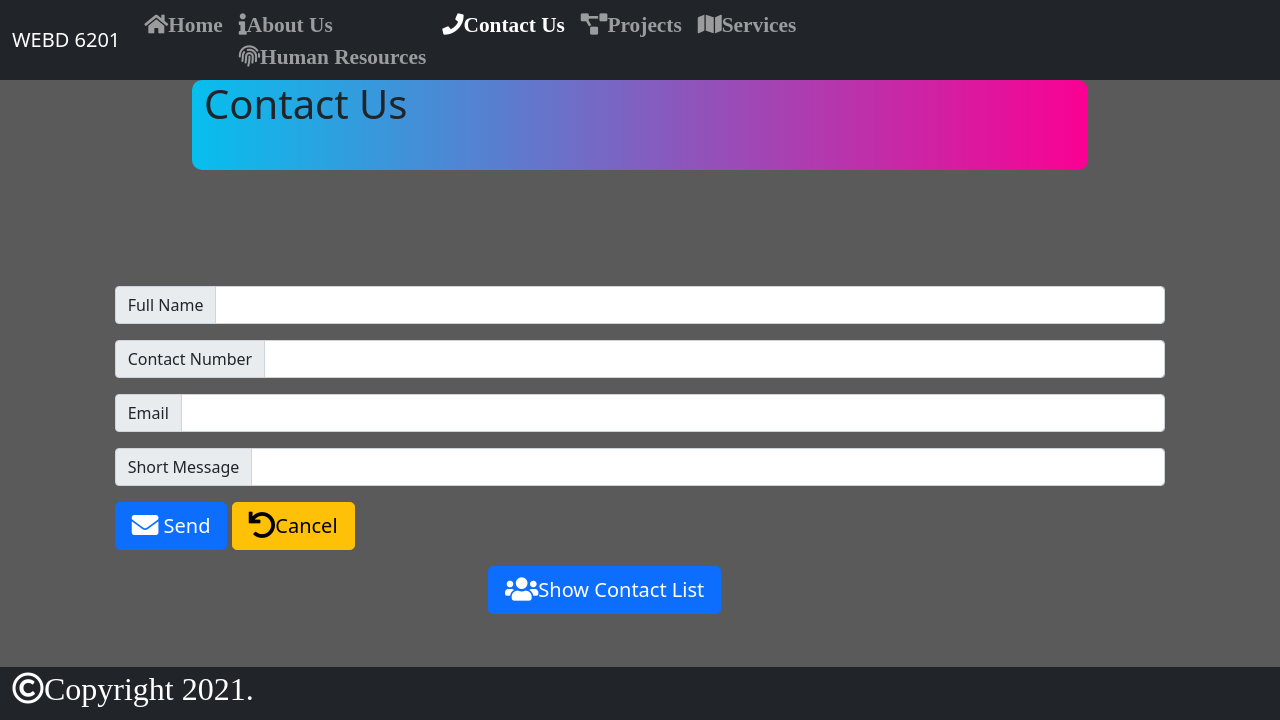
Repository: vans12345678/WEBD6201-W2021-Lab1
Page: contact.html
An editor plug-in stored every save of this project. The page is shown before and after the next save, followed by the edit.
The browser window is 1280 px wide. The pictures show the whole page.

Above is the page before, as saved 2021-02-02 20:22:50.

After the next save:
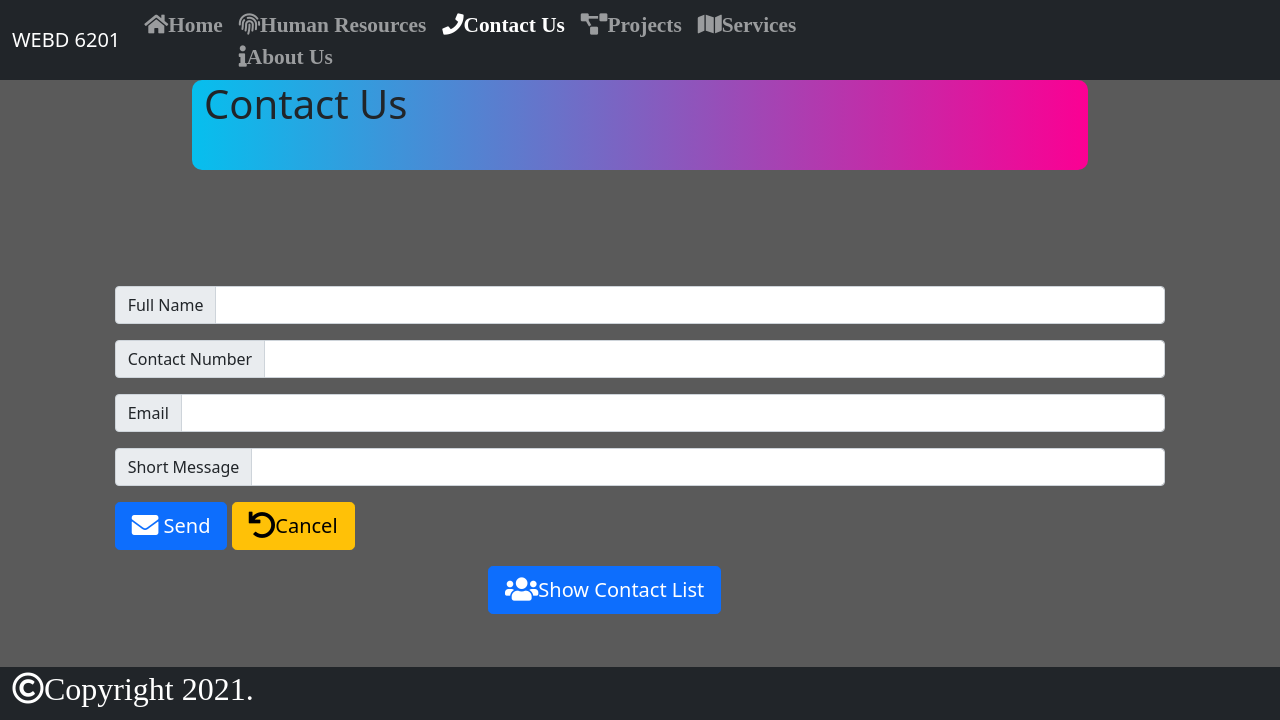
Saved 9 s later.
--- a/Scripts/app.js
+++ b/Scripts/app.js
@@ -27,7 +27,7 @@
         `;
 
         //insertion after node
-        newParagraph.after(paragraphDiv);
+        newParagraph.before(paragraphDiv);
         // navTextElement = document.getElementById("navHumanResources").innerHTML = `
         //     <a  class="nav-link fas fa-fingerprint fa-lg" aria-current="page" href="human-resources.html">Human Resources</a>
         //     `;

After the save that followed:
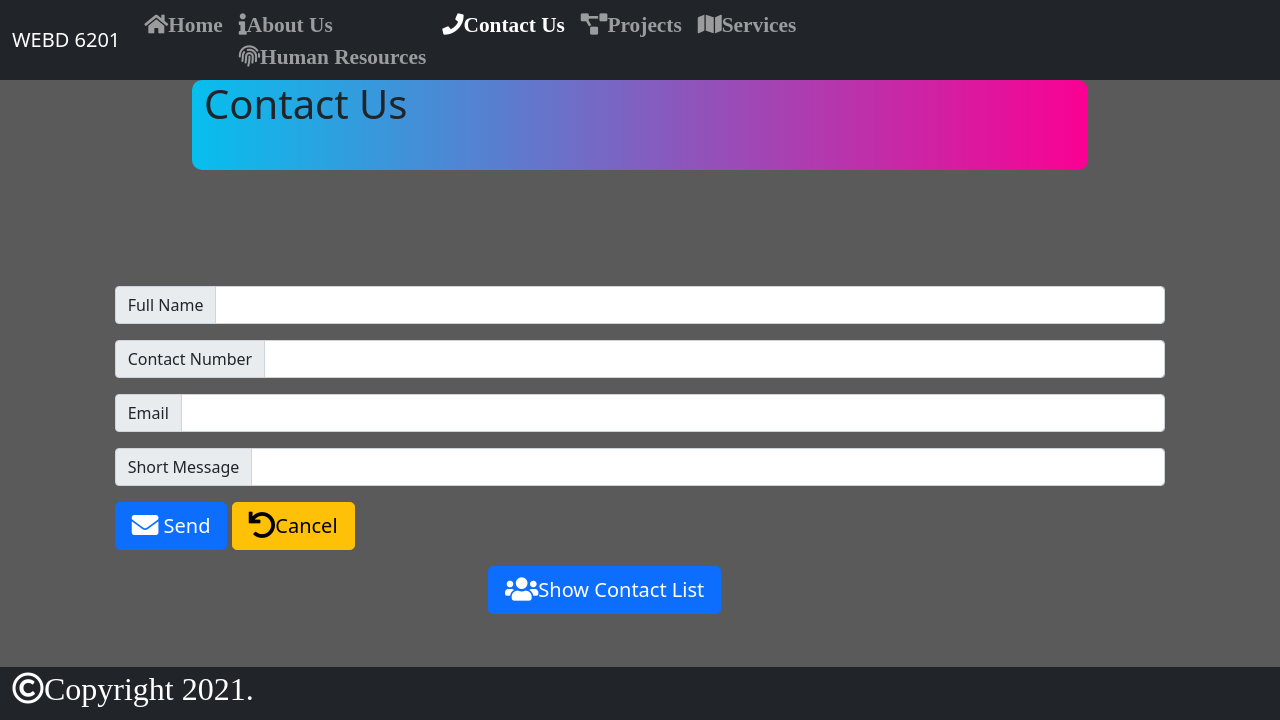
Saved 8 s later.
--- a/Scripts/app.js
+++ b/Scripts/app.js
@@ -27,7 +27,7 @@
         `;
 
         //insertion after node
-        newParagraph.before(paragraphDiv);
+        newParagraph.after(paragraphDiv);
         // navTextElement = document.getElementById("navHumanResources").innerHTML = `
         //     <a  class="nav-link fas fa-fingerprint fa-lg" aria-current="page" href="human-resources.html">Human Resources</a>
         //     `;
